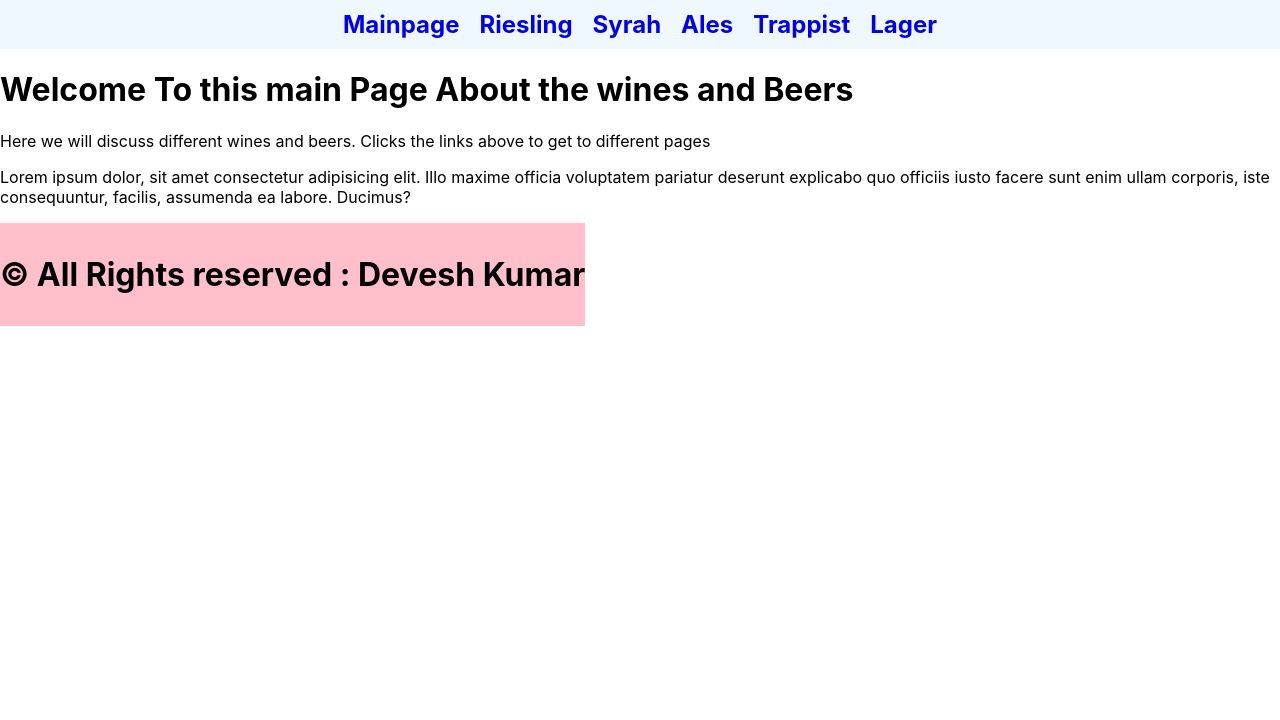
Repository: portretrieve/react-practice
Page: /
The author's editor kept a copy of each file at every save. The page is drawn from the files as they stood at one save, then again after the next save.
The browser window is 1280 px wide. The pictures show the whole page.
The project was rebuilt for these pictures with package versions that can differ from the ones it lists, and the page was loaded fresh each time. Also part of the build but not shown: src/wines/Riesling.js, src/wines/Syrah.js, src/beers/Ale.js, src/beers/Lager.js, src/beers/Trappist.js.

Above is the page before, as saved 2021-08-26 19:37:13.

After the next save:
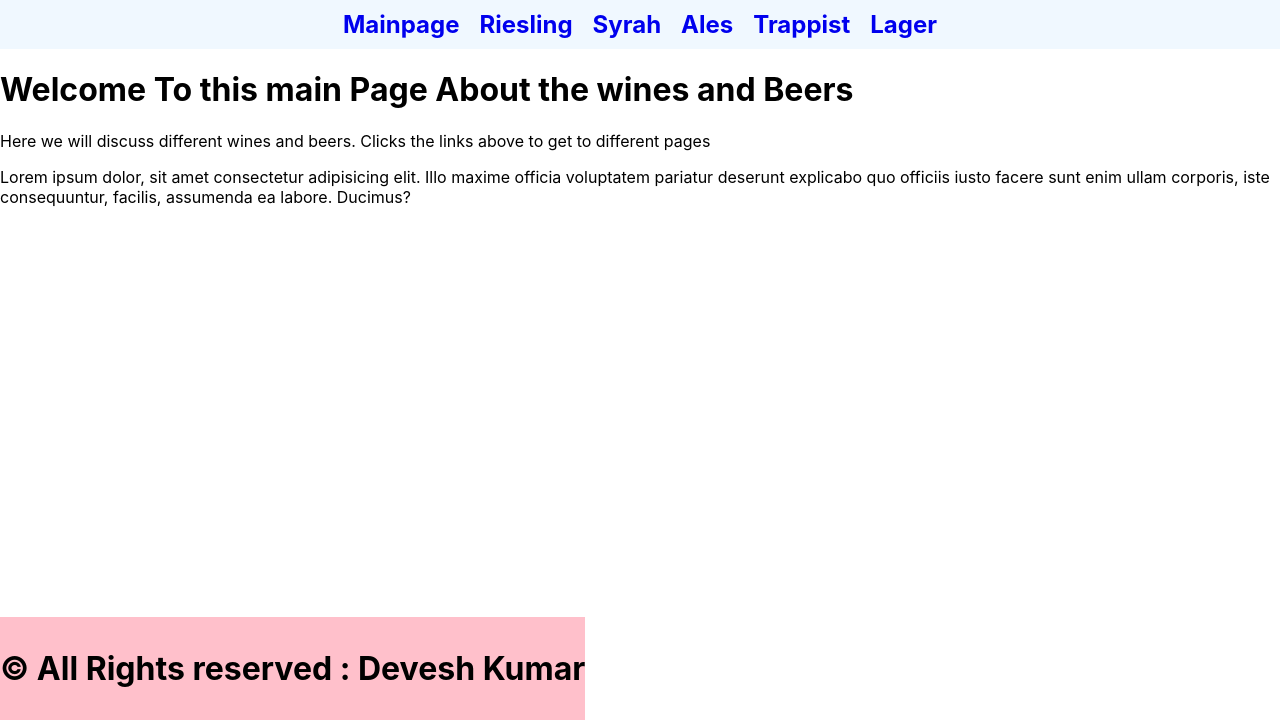
Saved 15 s later.
--- a/src/navigation/footer.module.css
+++ b/src/navigation/footer.module.css
@@ -4,4 +4,6 @@
     font-weight: 700;
     font-size: 2rem;
     position: fixed;
+    bottom: 0;
+    left: 0;
 }
